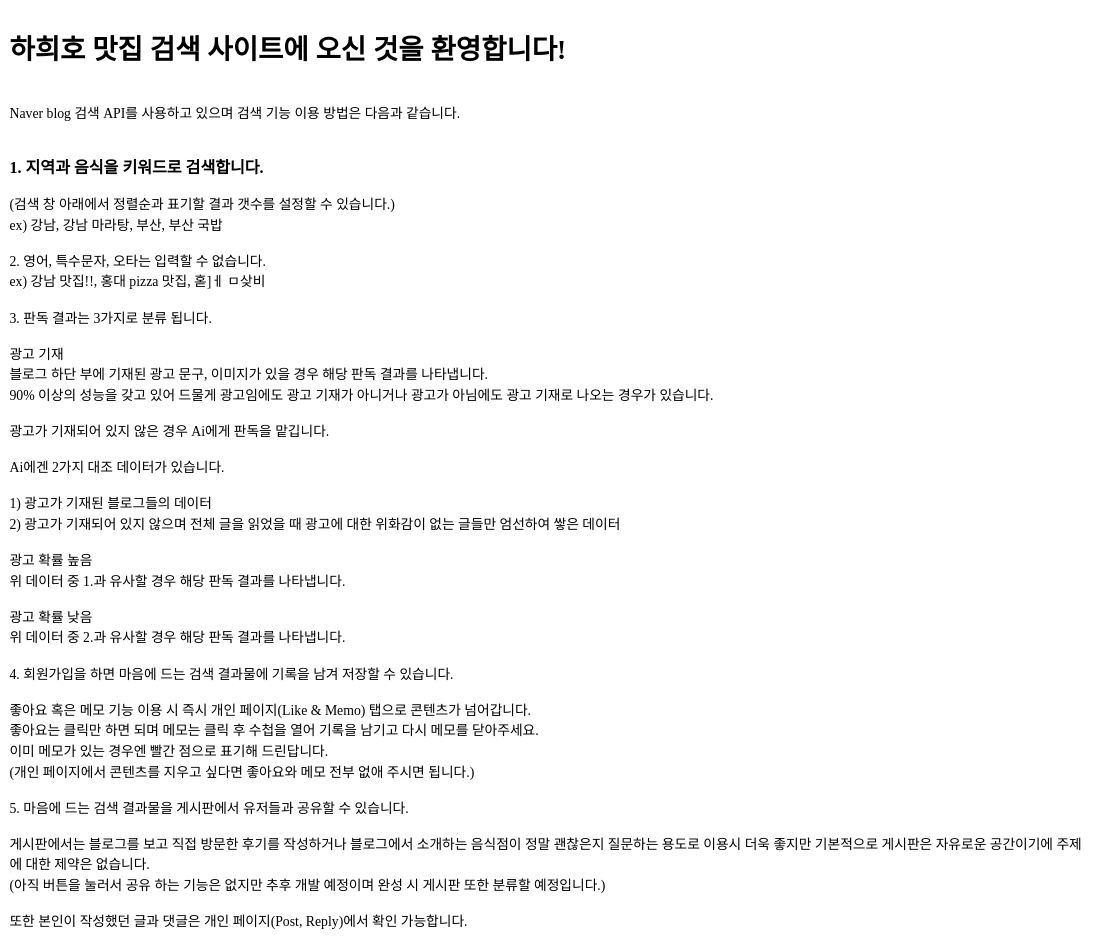
Repository: GOHO97/Haheeho
Page: http://localhost/Haheeho_Adblock/WEB-INF/views/main/main.jsp
These files come from the project's save history. The page is drawn as it stood at one moment and after the next save; the edit follows.
The browser window is 1280 px wide. The pictures show the whole page, at 86% of full size.
The page is served by Tomcat 9. Nobody is signed in. Other server files are loaded and not shown. The template is opened directly, without the code that normally fills it, so the values that code supplies are empty.

Above is the page before, as saved 2022-11-11 05:11:35.

### Haheeho_Adblock/src/main/webapp/WEB-INF/views/main/main.jsp
<%@ page language="java" contentType="text/html; charset=UTF-8"
	pageEncoding="UTF-8"%>
<%@ taglib prefix="c" uri="http://java.sun.com/jsp/jstl/core"%>
<!DOCTYPE html>
<html>
<head>
<meta charset="UTF-8">
<title>Insert title here</title>
</head>
<body>
		<div id="mainSearchResultDiv" style="display: none;"></div>
		<table>
			<tr>
				<td>
					<h1>하희호 맛집 검색 사이트에 오신 것을 환영합니다!</h1>
					<br>
					Naver blog 검색 API를 사용하고 있으며 검색 기능 이용 방법은 다음과 같습니다.<br>
					<br>
					<h3>1. 지역과 음식을 키워드로 검색합니다.</h3>
					(검색 창 아래에서 정렬순과 표기할 결과 갯수를 설정할 수 있습니다.)<br>
					ex) 강남, 강남 마라탕, 부산, 부산 국밥<br>
					<br>
					2. 영어, 특수문자, 오타는 입력할 수 없습니다.<br>
					ex) 강남 맛집!!, 홍대 pizza 맛집, 혿]ㅔ ㅁ샂비<br>
					<br>
					3. 판독 결과는 3가지로 분류 됩니다.<br>
					<br>
					광고 기재<br>
					블로그 하단 부에 기재된 광고 문구, 이미지가 있을 경우 해당 판독 결과를 나타냅니다.<br>
					90% 이상의 성능을 갖고 있어 드물게 광고임에도 광고 기재가 아니거나 광고가 아님에도 광고 기재로 나오는 경우가 있습니다.<br>
					<br>
					광고가 기재되어 있지 않은 경우 Ai에게 판독을 맡깁니다.<br>
					<br>
					Ai에겐 2가지 대조 데이터가 있습니다.<br>
					<br>
					1) 광고가 기재된 블로그들의 데이터<br>
					2) 광고가 기재되어 있지 않으며 전체 글을 읽었을 때 광고에 대한 위화감이 없는 글들만 엄선하여 쌓은 데이터<br>
					<br>
					광고 확률 높음<br>
					위 데이터 중 1.과 유사할 경우 해당 판독 결과를 나타냅니다.<br>
					<br>
					광고 확률 낮음<br>
					위 데이터 중 2.과 유사할 경우 해당 판독 결과를 나타냅니다.<br>
					<br>
					4. 회원가입을 하면 마음에 드는 검색 결과물에 기록을 남겨 저장할 수 있습니다.<br>
					<br>
					좋아요 혹은 메모 기능 이용 시 즉시 개인 페이지(Like & Memo) 탭으로 콘텐츠가 넘어갑니다.<br>
					좋아요는 클릭만 하면 되며 메모는 클릭 후 수첩을 열어 기록을 남기고 다시 메모를 닫아주세요.<br>
					이미 메모가 있는 경우엔 빨간 점으로 표기해 드린답니다.<br>
					(개인 페이지에서 콘텐츠를 지우고 싶다면 좋아요와 메모 전부 없애 주시면 됩니다.)<br>
					<br>
					5. 마음에 드는 검색 결과물을 게시판에서 유저들과 공유할 수 있습니다.<br>
					<br>
					게시판에서는 블로그를 보고 직접 방문한 후기를 작성하거나 블로그에서 소개하는 음식점이 정말 괜찮은지 질문하는 용도로 이용시 더욱 좋지만 기본적으로 게시판은 자유로운 공간이기에 주제에 대한 제약은 없습니다.<br>
					(아직 버튼을 눌러서 공유 하는 기능은 없지만 추후 개발 예정이며 완성 시 게시판 또한 분류할 예정입니다.)<br>
					<br>
					또한 본인이 작성했던 글과 댓글은 개인 페이지(Post, Reply)에서 확인 가능합니다.
				</td>
			</tr>
		</table>
		<table id="postArea" >
			<tr>
				<td>
					<c:forEach var="p" begin="0" end="100">
						<table id="post${p }" class="posts" style="display: none;">
							<tr>
								<td class="adAlertTd" align="center" id="postLabel${p }">
									판독중
								</td>
								<td class="imgTd" align="left">
									<img id="postImg${p }" src="resources/img/ready.PNG" class="photo">
								</td>
								<td></td>
								<td></td>
							</tr>
							<tr>
								<td class="mpTitle" colspan="4" align="center" class="blogName">
									<a id="postBlogName${p }"></a>
								</td>
							</tr>
							<tr>
								<td class="mpDate" colspan="4" align="right" id="postDate${p }">
								</td>
							</tr>
							<tr>
								<td class="mpContent" colspan="4"  id="postContent${p }">
								</td>
							</tr>
							<tr>
								<td class="mptd" colspan="2">
									<textarea class="memo" id="memo${p }" style="display: none;"></textarea>
								</td>
								<td class="mpMemo" align="right">
									<img src="resources/img/closeMemo.png" onclick="clickMemoButton(${p })" id="memoButton${p }" style="max-width: 70px;">
								</td>
								<td class="mpHeart" align="right">
									<img onclick="clickLikeUpButton(this.id)" id="${p }" class="likeButton"
										src="resources/img/emptyHeart.PNG" style="max-width: 50px;">
									<span id="likeCount${p }"></span>
								</td>
							</tr>
						</table>
					</c:forEach>
				</td>
			</tr>
		</table>
</body>

After the next save:
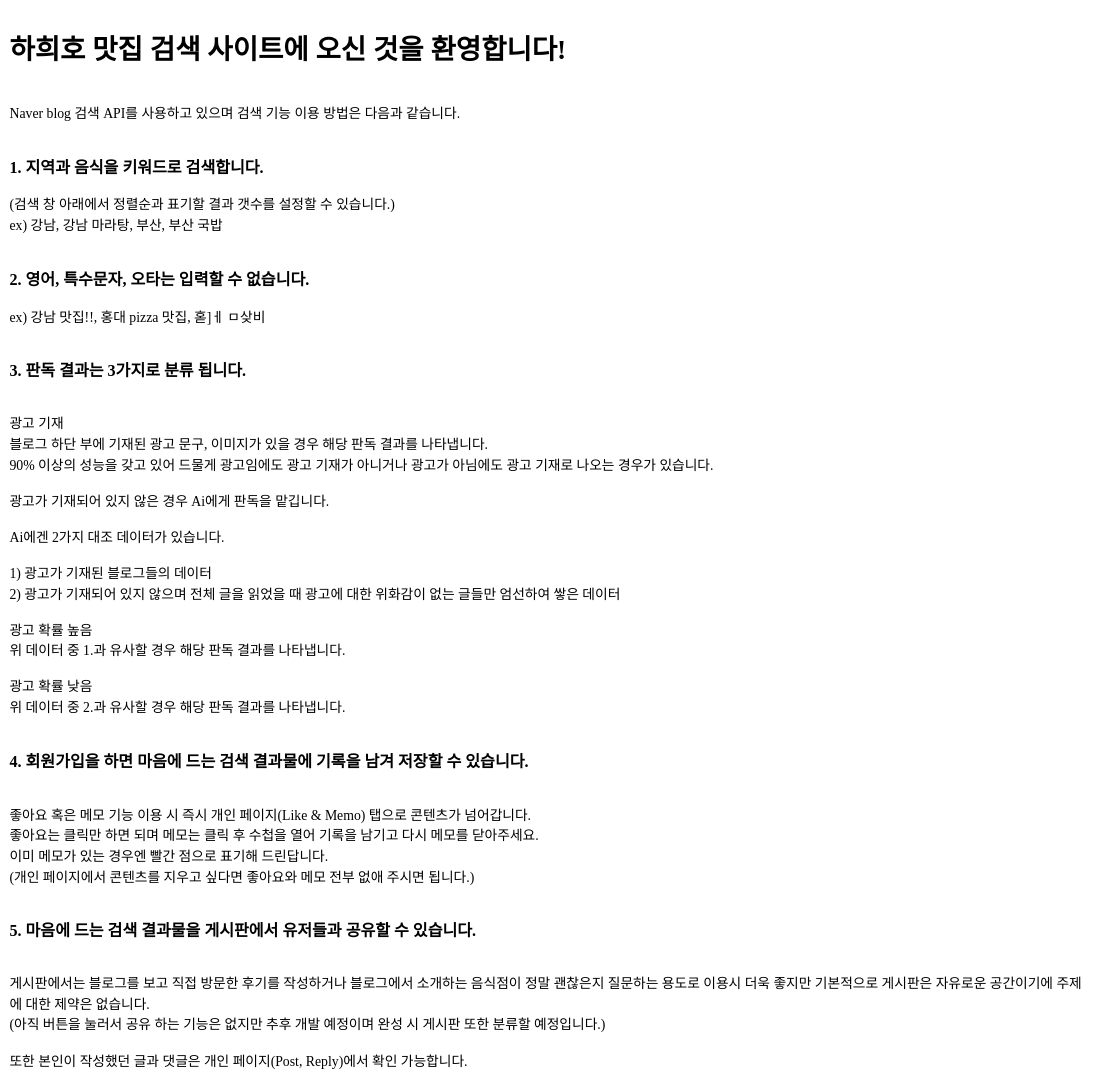
Saved 55 s later.
--- a/Haheeho_Adblock/src/main/webapp/WEB-INF/views/main/main.jsp
+++ b/Haheeho_Adblock/src/main/webapp/WEB-INF/views/main/main.jsp
@@ -20,10 +20,10 @@
 					(검색 창 아래에서 정렬순과 표기할 결과 갯수를 설정할 수 있습니다.)<br>
 					ex) 강남, 강남 마라탕, 부산, 부산 국밥<br>
 					<br>
-					2. 영어, 특수문자, 오타는 입력할 수 없습니다.<br>
+					<h3>2. 영어, 특수문자, 오타는 입력할 수 없습니다.</h3>
 					ex) 강남 맛집!!, 홍대 pizza 맛집, 혿]ㅔ ㅁ샂비<br>
 					<br>
-					3. 판독 결과는 3가지로 분류 됩니다.<br>
+					<h3>3. 판독 결과는 3가지로 분류 됩니다.</h3>
 					<br>
 					광고 기재<br>
 					블로그 하단 부에 기재된 광고 문구, 이미지가 있을 경우 해당 판독 결과를 나타냅니다.<br>
@@ -42,14 +42,14 @@
 					광고 확률 낮음<br>
 					위 데이터 중 2.과 유사할 경우 해당 판독 결과를 나타냅니다.<br>
 					<br>
-					4. 회원가입을 하면 마음에 드는 검색 결과물에 기록을 남겨 저장할 수 있습니다.<br>
+					<h3>4. 회원가입을 하면 마음에 드는 검색 결과물에 기록을 남겨 저장할 수 있습니다.</h3>
 					<br>
 					좋아요 혹은 메모 기능 이용 시 즉시 개인 페이지(Like & Memo) 탭으로 콘텐츠가 넘어갑니다.<br>
 					좋아요는 클릭만 하면 되며 메모는 클릭 후 수첩을 열어 기록을 남기고 다시 메모를 닫아주세요.<br>
 					이미 메모가 있는 경우엔 빨간 점으로 표기해 드린답니다.<br>
 					(개인 페이지에서 콘텐츠를 지우고 싶다면 좋아요와 메모 전부 없애 주시면 됩니다.)<br>
 					<br>
-					5. 마음에 드는 검색 결과물을 게시판에서 유저들과 공유할 수 있습니다.<br>
+					<h3>5. 마음에 드는 검색 결과물을 게시판에서 유저들과 공유할 수 있습니다.</h3>
 					<br>
 					게시판에서는 블로그를 보고 직접 방문한 후기를 작성하거나 블로그에서 소개하는 음식점이 정말 괜찮은지 질문하는 용도로 이용시 더욱 좋지만 기본적으로 게시판은 자유로운 공간이기에 주제에 대한 제약은 없습니다.<br>
 					(아직 버튼을 눌러서 공유 하는 기능은 없지만 추후 개발 예정이며 완성 시 게시판 또한 분류할 예정입니다.)<br>
